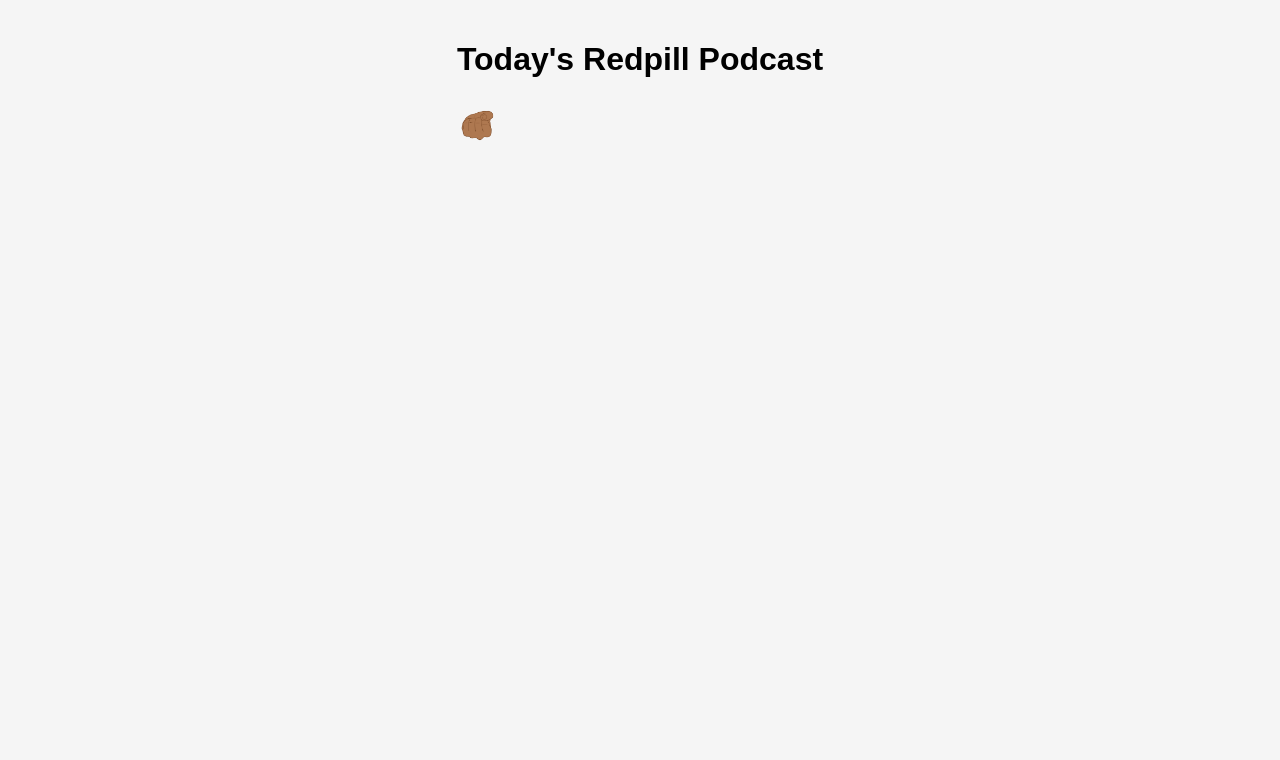
Repository: fechinmitchell/thedailyonepercent
Page: popup.html
These files come from the project's save history. The page is drawn as it stood at one moment and after the next save; the edit follows.
The browser window is 1280 px wide. The pictures show the whole page.

Above is the page before, as saved 2023-06-22 20:18:17.
Console error: TypeError: Cannot set properties of null (setting 'innerText')

After the next save:
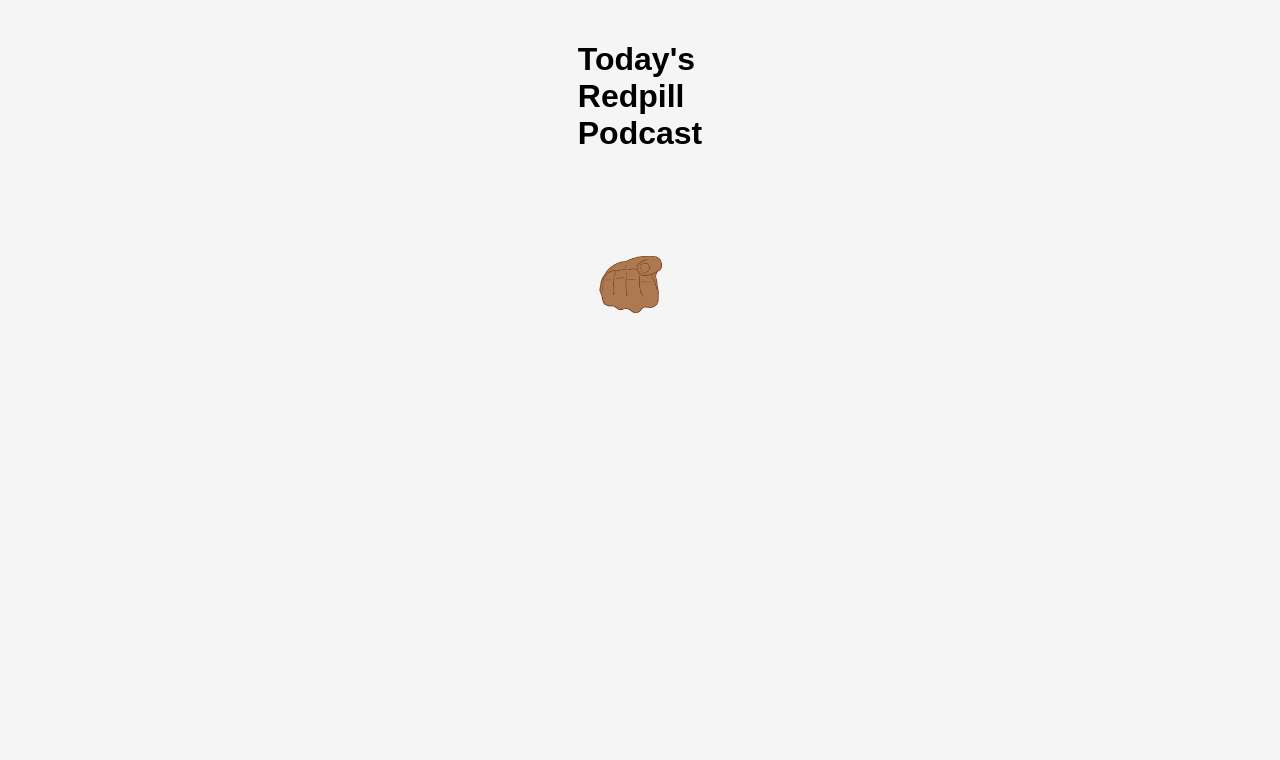
Saved 87 s later.
--- a/popup.css
+++ b/popup.css
@@ -78,3 +78,27 @@ body {
   color: red;
   cursor: pointer;
 }
+
+/* New additions */
+
+#content-wrapper {
+  width: 100px;
+  display: flex;
+  flex-direction: column;
+  align-items: center;
+  justify-content: space-between;
+}
+
+#podcast-card {
+  width: 100%;
+  height: 60px;
+  display: flex;
+  flex-direction: column;
+  align-items: center;
+  justify-content: space-between;
+}
+
+#logo {
+  width: 100px;
+  height: auto;
+}
